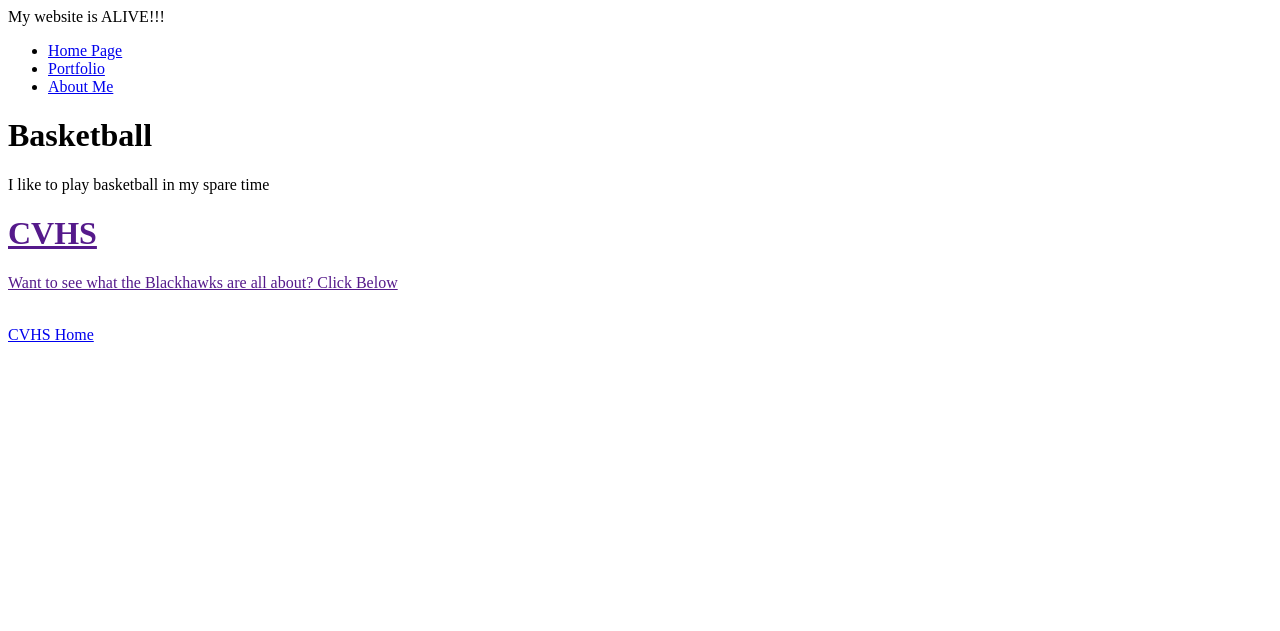
Repository: jacobhayman22/jacobhayman22.github.io
Page: about.html
The author's editor kept a record of every edit. The page is drawn from the files as they stood at one moment, then again after the next edit.
The browser window is 1280 px wide. The pictures show the whole page.

Above is the page before.

After the next edit:
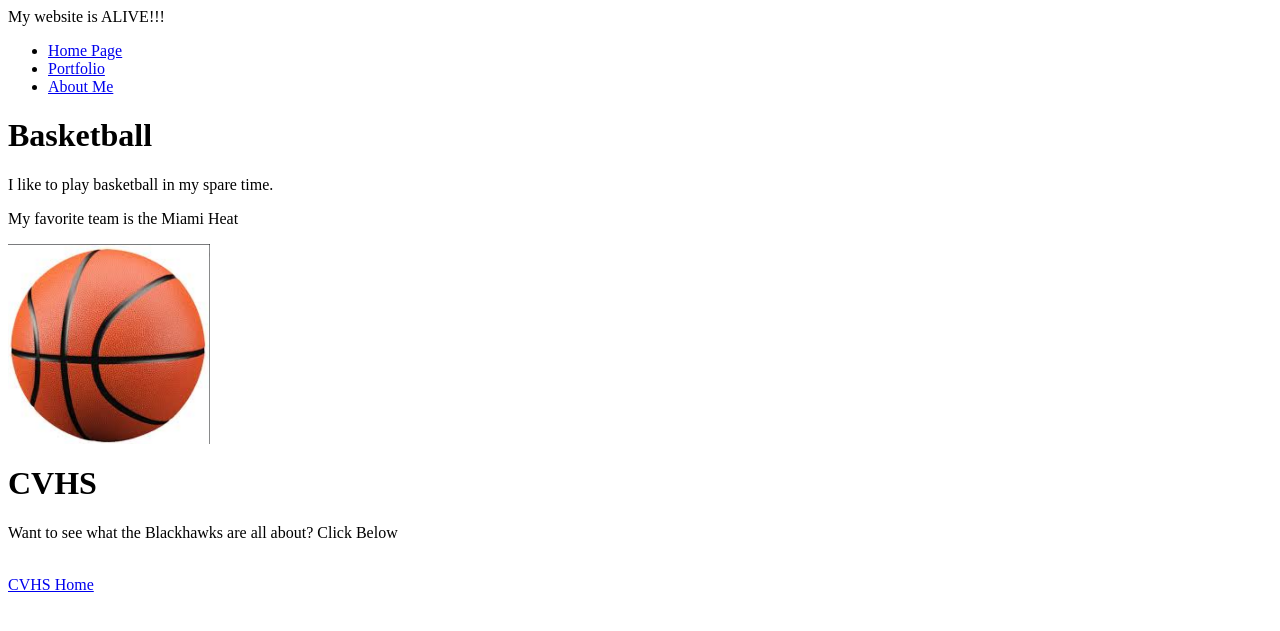
The edit:
--- a/about.html
+++ b/about.html
@@ -12,8 +12,9 @@
     </ul>
 
     <h1> Basketball </h1>
-    <p>I like to play basketball in my spare time </p>
-   <a href <img src="basketball.PNG" alt="crestline" height="200">
+    <p>I like to play basketball in my spare time. </p>
+    <p>My favorite team is the Miami Heat </p>
+    <img src="styles\img\basketball.PNG" alt="crestline" height="200">
 
     <h1> CVHS </h1>
     <p>Want to see what the Blackhawks are all about? Click Below</p>
